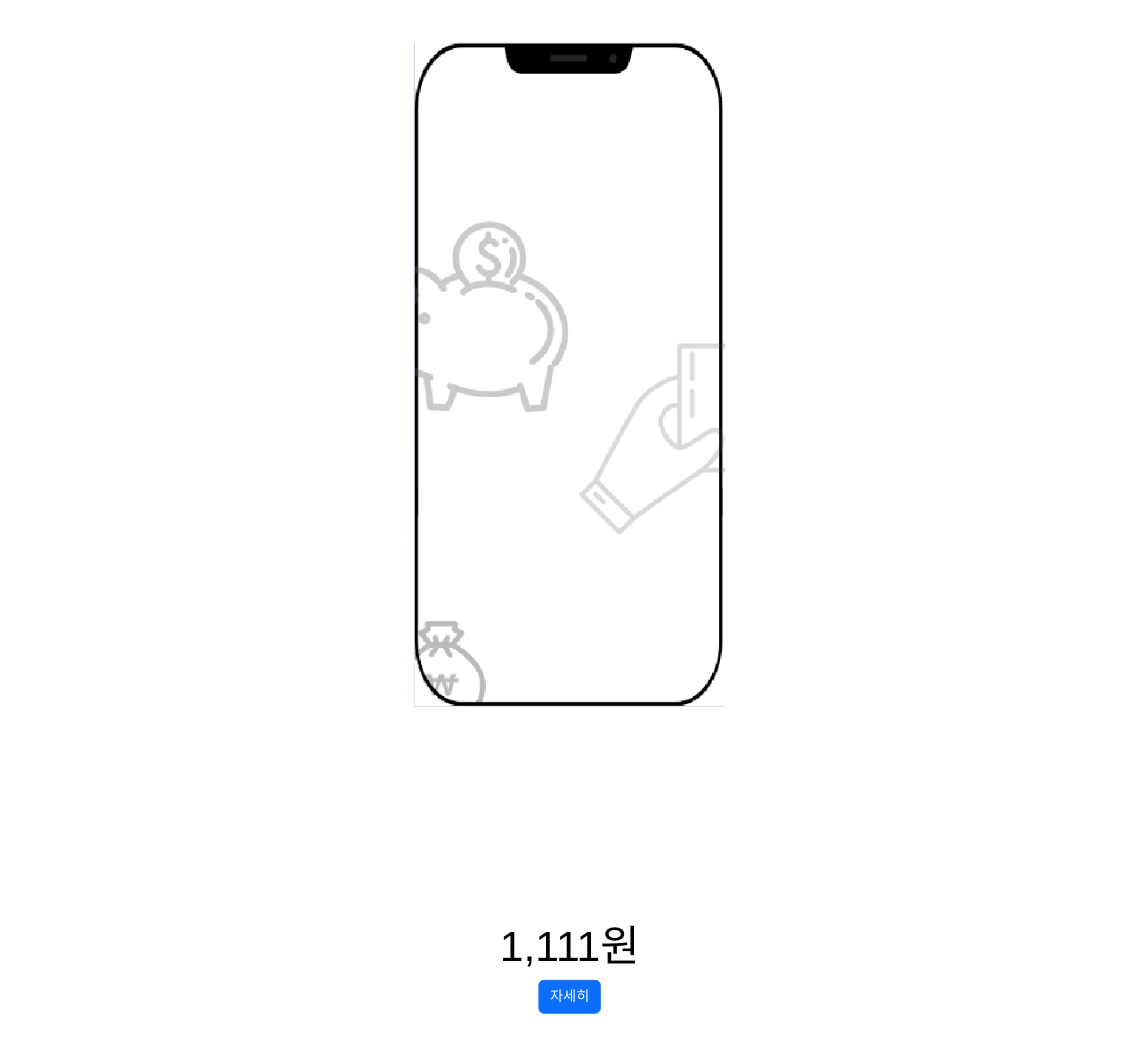
Repository: kimSummerrain/KairosHackathon
Page: venvs/karios/templates/startscreen.html
The author's editor kept a copy of each file at every save. The page is drawn from the files as they stood at one save, then again after the next save.
The browser window is 1280 px wide. The pictures show the whole page, at 89% of full size.

Above is the page before, as saved 2024-02-26 18:22:05.

After the next save:
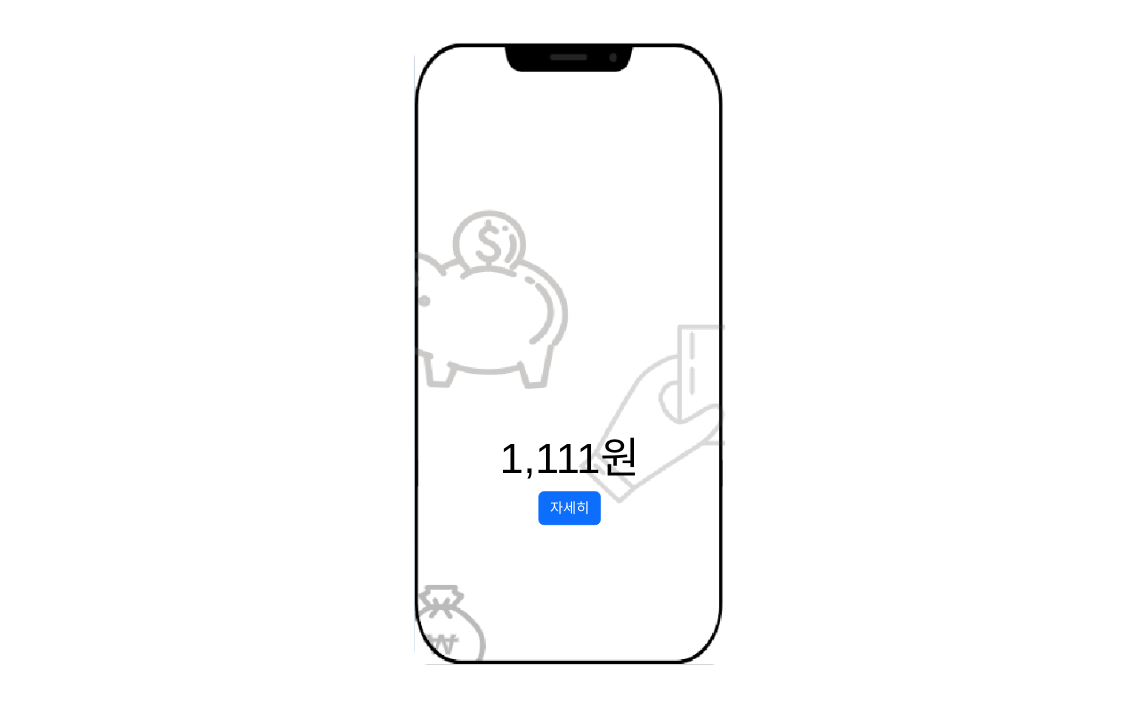
Saved 41 s later.
--- a/venvs/karios/static/css/main-style.css
+++ b/venvs/karios/static/css/main-style.css
@@ -47,14 +47,6 @@ a.fc-col-header-cell-cushion {
     /* 겹치는 요소의 순서를 지정 */
 }
 
-h1 {
-    font-size: 5em;
-}
-
-h2 {
-    font-size: 3em;
-
-}
 
 .margin-top {
     margin-top: 240px;
@@ -67,3 +59,53 @@ h2 {
 .text-second {
     font-size: 15px;
 }
+
+/* 이미지 스타일 */
+.container-img {
+    position: relative;
+    /* 상대 위치 지정 */
+    display: inline-block;
+    /* 인라인 블록 요소로 지정하여 텍스트와 이미지를 함께 표시 */
+}
+
+.container-img img {
+    width: 350px;
+    /* 이미지 너비 350px로 고정 */
+    height: 700px;
+    /* 이미지 높이 750px로 고정 */
+    border-radius: 20px;
+    /* 둥근 모서리 적용 */
+}
+
+.text-overlay {
+    position: absolute;
+    /* 절대 위치 지정 */
+    top: 0;
+    /* 위에서부터 위치 지정 */
+    left: 0;
+    /* 왼쪽에서부터 위치 지정 */
+    width: 100%;
+    /* 부모 요소의 너비와 동일하게 지정 */
+    height: 100%;
+    /* 부모 요소의 높이와 동일하게 지정 */
+    display: flex;
+    /* Flexbox 사용하여 내부 요소를 가로로 정렬 */
+    flex-direction: column;
+    /* 세로 방향으로 요소 정렬 */
+    justify-content: center;
+    /* 수직 가운데 정렬 */
+    align-items: center;
+    /* 수평 가운데 정렬 */
+}
+
+h1 {
+    font-size: 5em;
+}
+
+h2 {
+    font-size: 3em;
+}
+
+.margin-top {
+    margin-top: 240px;
+}
